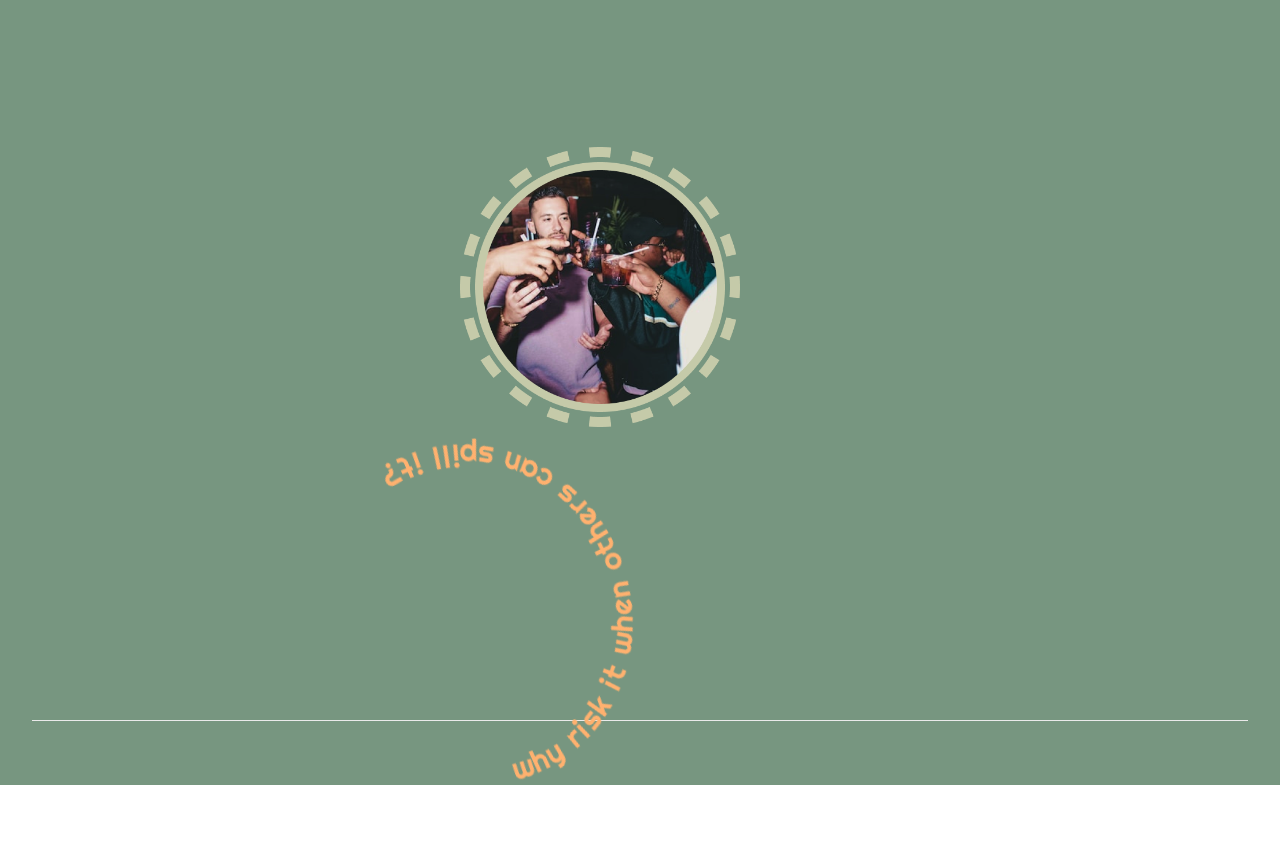
Repository: shaelorch/spillit
Page: /
These files come from the project's save history. The page is drawn as it stood at one moment and after the next save; the edit follows.
The browser window is 1280 px wide. The pictures show the whole page.
The project was rebuilt for these pictures with package versions that can differ from the ones it lists, and the page was loaded fresh each time. The framework's server and built-in components were replaced by stand-ins that run in the browser. Also part of the build but not shown: next.config.js.

Above is the page before, as saved 2023-02-09 15:44:52.

After the next save:
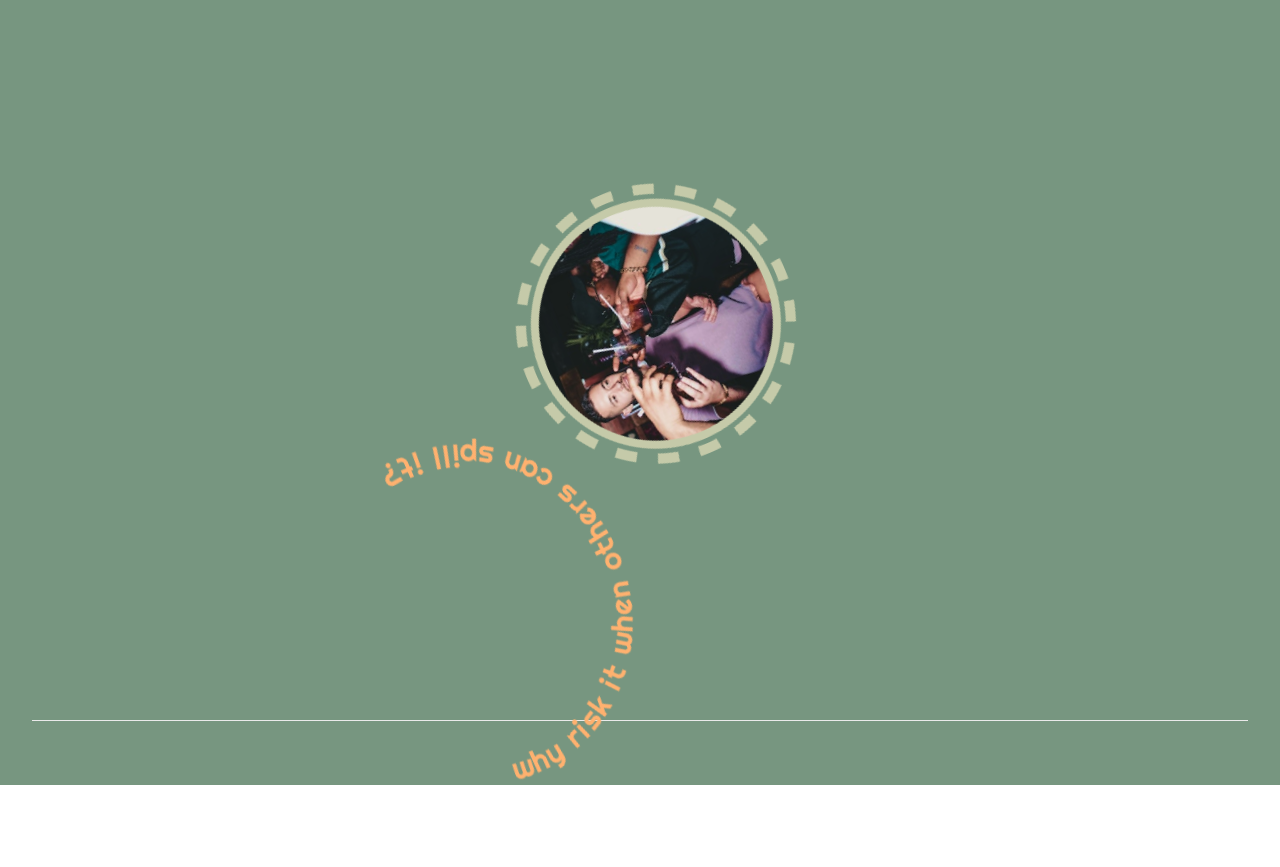
Saved 2 min 5 s later.
--- a/components/HeroCont.js
+++ b/components/HeroCont.js
@@ -6,8 +6,13 @@
 
 
     return (<div>
-        <img src="dotted.png" style={{display:'flex', position:'relative', width:280, height:280}}/>
+                <motion.div
+  animate={{rotate: 360}}
+  transition={{ duration: 8 , repeat:Infinity, ease:"linear" }}>
+            <img src="dotted.png" style={{display:'flex', position:'relative', width:280, height:280}}/>
         <img src="heropic.png" style={{display:'flex', width:250, height:250, position:'absolute', marginTop:-265, marginLeft:15, }}/>
+        </motion.div>
+
         <motion.div
   animate={{rotate: 360}}
   transition={{ duration: 8 , repeat:Infinity, ease:"linear" }}>

After the save that followed:
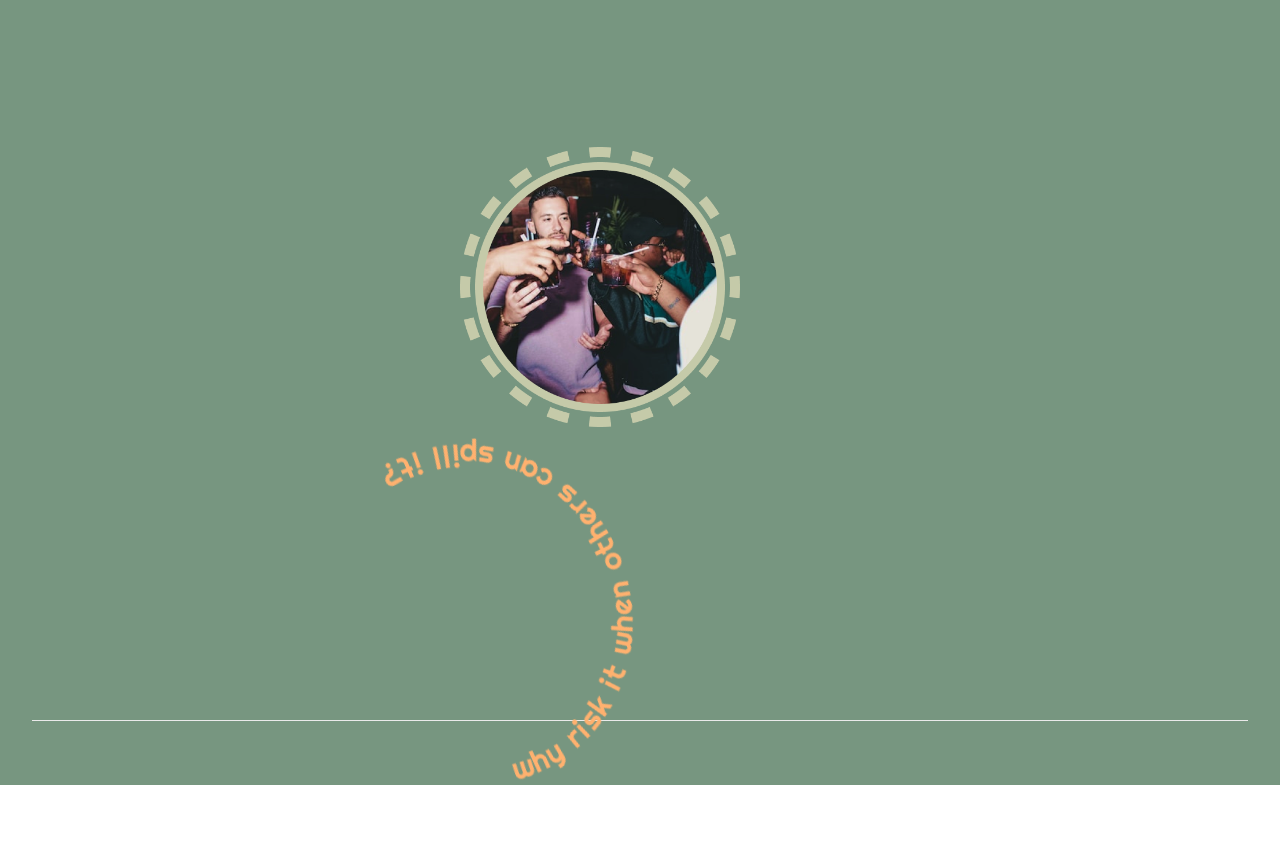
Saved 26 s later.
--- a/components/HeroCont.js
+++ b/components/HeroCont.js
@@ -6,13 +6,9 @@
 
 
     return (<div>
-                <motion.div
-  animate={{rotate: 360}}
-  transition={{ duration: 8 , repeat:Infinity, ease:"linear" }}>
-            <img src="dotted.png" style={{display:'flex', position:'relative', width:280, height:280}}/>
+
+        <img src="dotted.png" style={{display:'flex', position:'relative', width:280, height:280}}/>
         <img src="heropic.png" style={{display:'flex', width:250, height:250, position:'absolute', marginTop:-265, marginLeft:15, }}/>
-        </motion.div>
-
         <motion.div
   animate={{rotate: 360}}
   transition={{ duration: 8 , repeat:Infinity, ease:"linear" }}>
